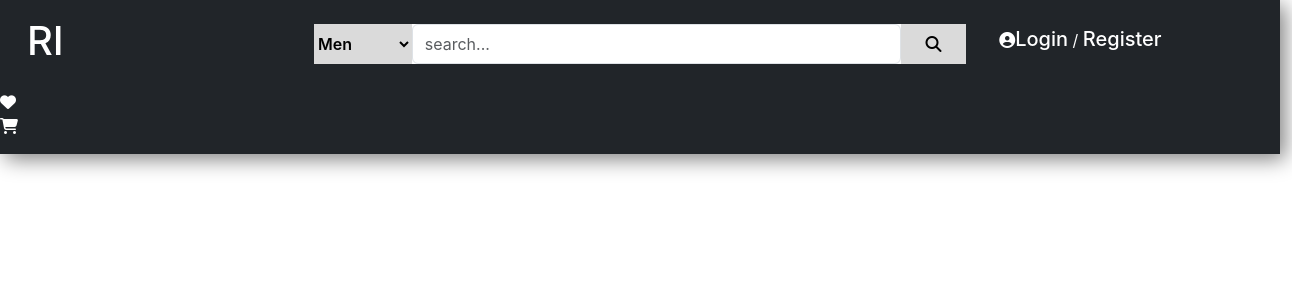
Repository: KodandaraoChellapilli/e-store
Page: /
An editor plug-in stored every save of this project. The page is shown before and after the next save, followed by the edit.
The browser window is 1280 px wide. The page is 1292 px wide, so the pictures cover 1292 px, including what lies to the right of the window. The pictures show the whole page.
The project was rebuilt for these pictures with package versions that can differ from the ones it lists, and the page was loaded fresh each time.

Above is the page before, as saved 2025-06-05 10:42:19.

### public/index.html
<!DOCTYPE html>
<html lang="en">
  <head>
    <meta charset="utf-8" />
    <link rel="icon" href="%PUBLIC_URL%/favicon.ico" />
    <meta name="viewport" content="width=device-width, initial-scale=1" />
    <meta name="theme-color" content="#000000" />
    <meta
      name="description"
      content="Web site created using create-react-app"
    />
    <link rel="apple-touch-icon" href="%PUBLIC_URL%/logo192.png" />
    <!--
      manifest.json provides metadata used when your web app is installed on a
      user's mobile device or desktop. See https://developers.google.com/web/fundamentals/web-app-manifest/
    -->
    <link rel="manifest" href="%PUBLIC_URL%/manifest.json" />

    <link rel="stylesheet"   href="https://cdnjs.cloudflare.com/ajax/libs/font-awesome/6.7.2/css/all.min.css"/>


    <link href="https://cdn.jsdelivr.net/npm/bootstrap@5.3.6/dist/css/bootstrap.min.css" rel="stylesheet" integrity="sha384-4Q6Gf2aSP4eDXB8Miphtr37CMZZQ5oXLH2yaXMJ2w8e2ZtHTl7GptT4jmndRuHDT" crossorigin="anonymous">
    <!--
      Notice the use of %PUBLIC_URL% in the tags above.
      It will be replaced with the URL of the `public` folder during the build.
      Only files inside the `public` folder can be referenced from the HTML.

      Unlike "/favicon.ico" or "favicon.ico", "%PUBLIC_URL%/favicon.ico" will
      work correctly both with client-side routing and a non-root public URL.
      Learn how to configure a non-root public URL by running `npm run build`.
    -->
    <title>React App</title>
  </head>
  <body>
    <noscript>You need to enable JavaScript to run this app.</noscript>
    <div id="root"></div>
    <!--
      This HTML file is a template.
      If you open it directly in the browser, you will see an empty page.

      You can add webfonts, meta tags, or analytics to this file.
      The build step will place the bundled scripts into the <body> tag.

      To begin the development, run `npm start` or `yarn start`.
      To create a production bundle, use `npm run build` or `yarn build`.
    -->
  </body>
</html>

### src/App.js
import logo from './logo.svg';
import './App.css';

function App() {
  return (
    <div className="App">
      <div className='header bg-dark'>
        <div className = 'row'>
          <div className='brand my-1'>
            <h1>RI</h1>
          </div>

          <div className='inp-container p-0 my-4 w-50 h-25 bg-white'>

            <div className='dropdown m-0 p-0'>
              <select className='select-btn w-100 p-0 m-0'>
                <option>Men</option>
                <option>Women</option>
                <option>Kids</option>
              </select>
            </div>
            <input className= 'form-control' placeholder='search...' />
            <button><i className='fa fa-search'/> </button>

          </div>

          <div  className = 'login-container  p-0'>
            <i className='fa fa-user-circle user-icon'/>
            <h5> <a href='#'> Login</a></h5> / <h5><a href="#">Register</a></h5>

          </div>

          <div className='cart-wishlist'>
            <ul className='p-0'>
              <li className='list-icon'> <i className='fa fa-heart'/> </li>
              <li className='list-icon'> <i className='fa fa-shopping-cart'/> </li>
            </ul>

          </div>

        </div>

      </div>

    </div>
  );
}

export default App;

### src/App.css
.header{
  max-width: 100%;
  box-shadow: 5px 5px 20px gray;
}

.row div{
  display: inline-block;
}

.brand{
  color:white;
  margin-left: 2%;
  padding: 0.8em;
  width: 23%;
}

.inp-container input{
  display: inline-block;
  width: 75%;
  height: 2.5em;
}

.inp-container button{
  width: 10%;
  height: 2.5em;
  border: none;
  background-color: #dadada;
}

.dropdown {
  width: 15%;
}

.select-btn{
  height: 2.5em;
  border: none;
  background-color: #dadada;
  font-weight: 600;
}


.login-container{
  width: 15%;
  color: white;
  text-align: right;
  margin: 1.7em 0.2em 0 0;
}

.login-container i, h5{
  display: inline-block;
}

.login-container a{
  text-decoration: none;
  color: white;
}

.user-iocn{
  margin-right: 0.4em;
  padding: 0.2em;
  font-size: 1.3em;
}

.cart-wishlist .list-icon{
  color:white;
}

Loaded but not shown: src/index.js (common file); src/index.css (common file); src/reportWebVitals.js (common file)

After the next save:
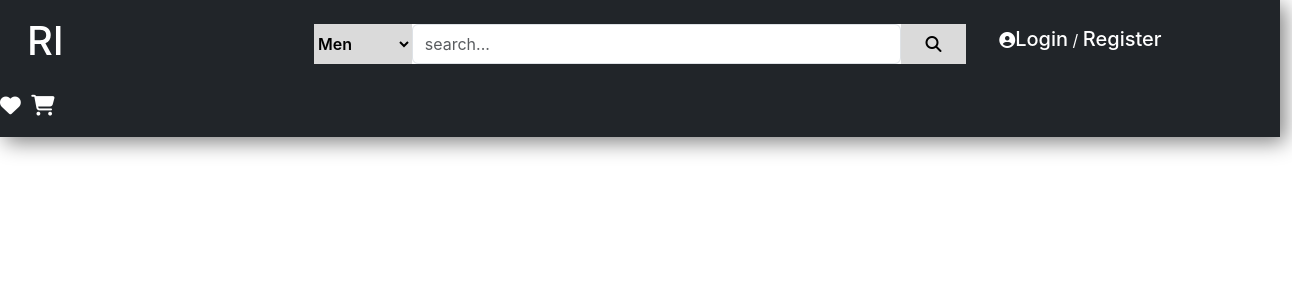
Saved 2 min 43 s later.
--- a/src/App.css
+++ b/src/App.css
@@ -63,4 +63,8 @@
 
 .cart-wishlist .list-icon{
   color:white;
+  font-size: 1.3em;
+  list-style-type: none;
+  display: inline-block;
+  margin-right: 0.5em;
 }
